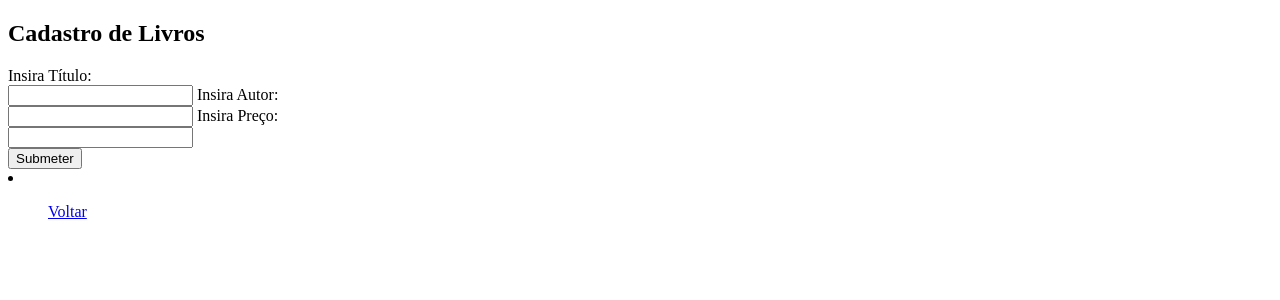
Repository: vpanarello/EJB
Page: http://localhost/03_LivrosWeb/cadastro.jsp
These files come from the project's save history. The page is drawn as it stood at one moment and after the next save; the edit follows.
The browser window is 1280 px wide. The pictures show the whole page.
The page is served by Tomcat 9.

Above is the page before, as saved 2016-08-20 14:08:15.

After the next save:
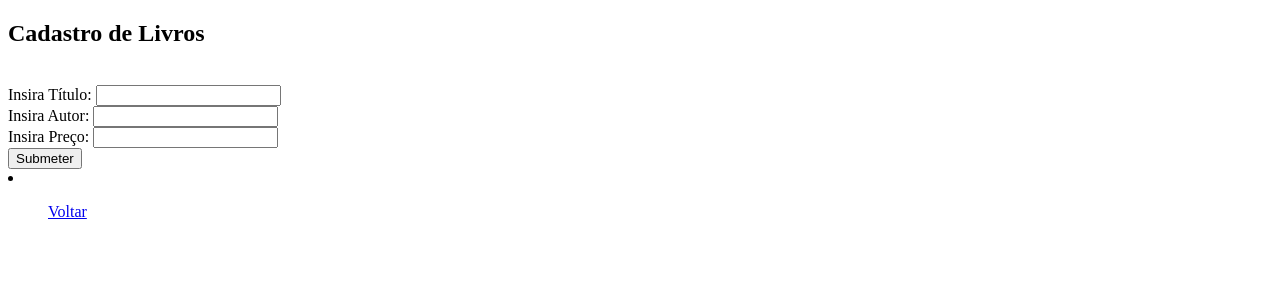
Saved 52 s later.
--- a/03_LivrosWeb/WebContent/cadastro.jsp
+++ b/03_LivrosWeb/WebContent/cadastro.jsp
@@ -11,12 +11,12 @@
 <body>
 	<form action="cadastro-livros" >
 
-		<h2>Cadastro de Livros</h2>
-		<label>Insira Título:</label><br>
-		<input type="text" name="titulo">
-		<label>Insira Autor:</label><br>
-		<input type="text" name="titulo">
-		<label>Insira Preço:</label><br>
+		<h2>Cadastro de Livros</h2><br>
+		<label>Insira Título:</label>
+		<input type="text" name="titulo"><br>
+		<label>Insira Autor:</label>
+		<input type="text" name="titulo"><br>
+		<label>Insira Preço:</label>
 		<input type="text" name="titulo"> <br>
 		<input type="submit" name="submeter" value="Submeter">
 
